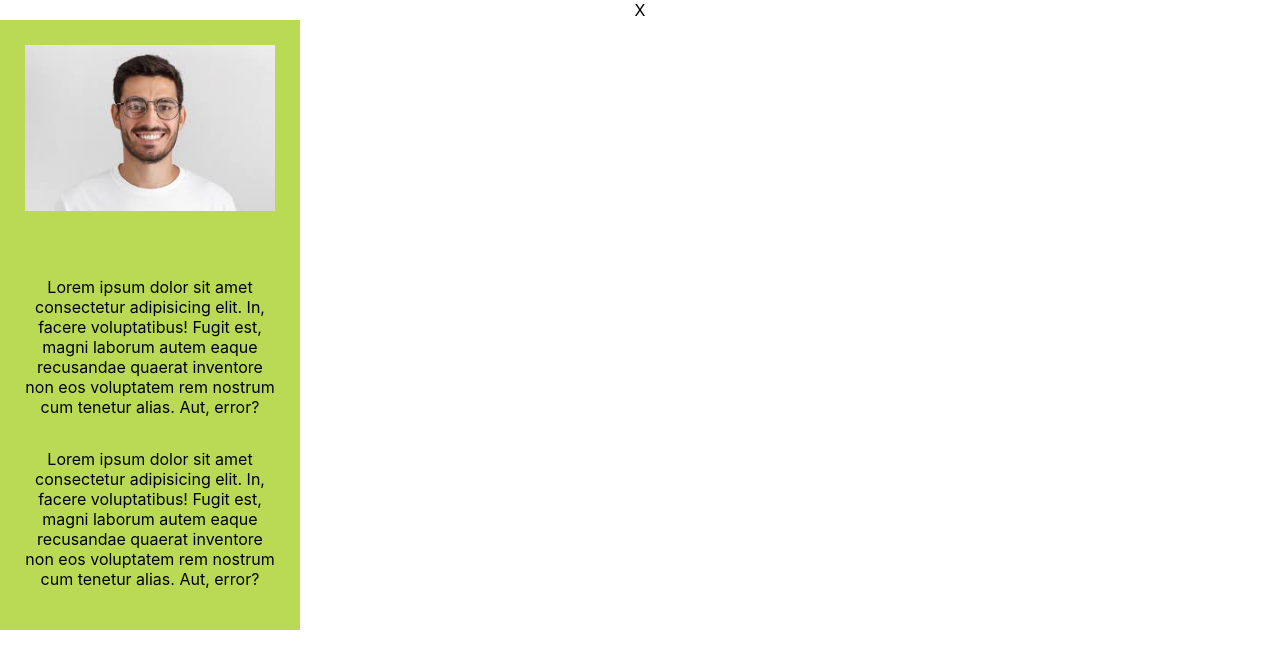
Repository: mikelnorth/team-profile-demo
Page: /
These files come from the project's save history. The page is drawn as it stood at one moment and after a run of saves; the edit follows.
The browser window is 1280 px wide. The pictures show the whole page.
The project was rebuilt for these pictures with package versions that can differ from the ones it lists, and the page was loaded fresh each time.

Above is the page before, as saved 2022-05-19 18:31:30.

### src/App.js
import './App.css';
import Card from './components/Card';

function App() {
  return (
    <div className="App">
      <nav>X</nav>

      <main>
        <Card/>
      </main>

    </div>
  );
}

export default App;

### src/components/Card.js
import headshot from "../assets/images/stock-head.jpeg";
import './Card.scss';

export default function Card() {
  return (
    <section className="card">
      <img src={headshot} alt="headshot" />
      <p>
        Lorem ipsum dolor sit amet consectetur adipisicing elit. In, facere
        voluptatibus! Fugit est, magni laborum autem eaque recusandae quaerat
        inventore non eos voluptatem rem nostrum cum tenetur alias. Aut, error?
      </p>
      <p>
        Lorem ipsum dolor sit amet consectetur adipisicing elit. In, facere
        voluptatibus! Fugit est, magni laborum autem eaque recusandae quaerat
        inventore non eos voluptatem rem nostrum cum tenetur alias. Aut, error?
      </p>
    </section>
  );
}

### src/components/Card.scss
.card {
  display: flex;
  flex-direction: column;
  width: 250px;
  padding: 25px;
  background-color: #bada55;

  img {
    margin-bottom: 50px;
  }
}

Loaded but not shown: public/index.html (common file); src/index.js (common file); src/index.css (common file); src/reportWebVitals.js (common file); src/App.css (common file)

After the next 2 saves:
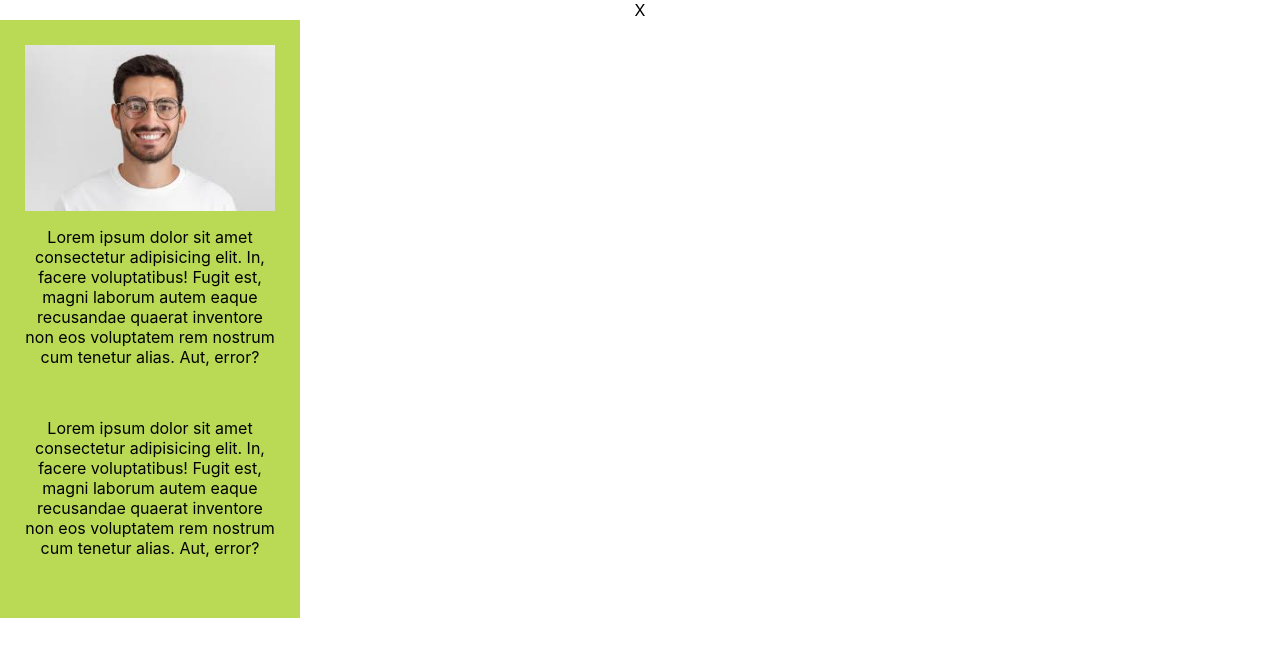
The 2 saves are shown as one change because they came seconds apart.
The last was saved 104 s later.
--- a/src/components/Card.scss
+++ b/src/components/Card.scss
@@ -5,7 +5,7 @@
   padding: 25px;
   background-color: #bada55;
 
-  img {
-    margin-bottom: 50px;
+  p {
+    margin-bottom: 35px;
   }
 }
